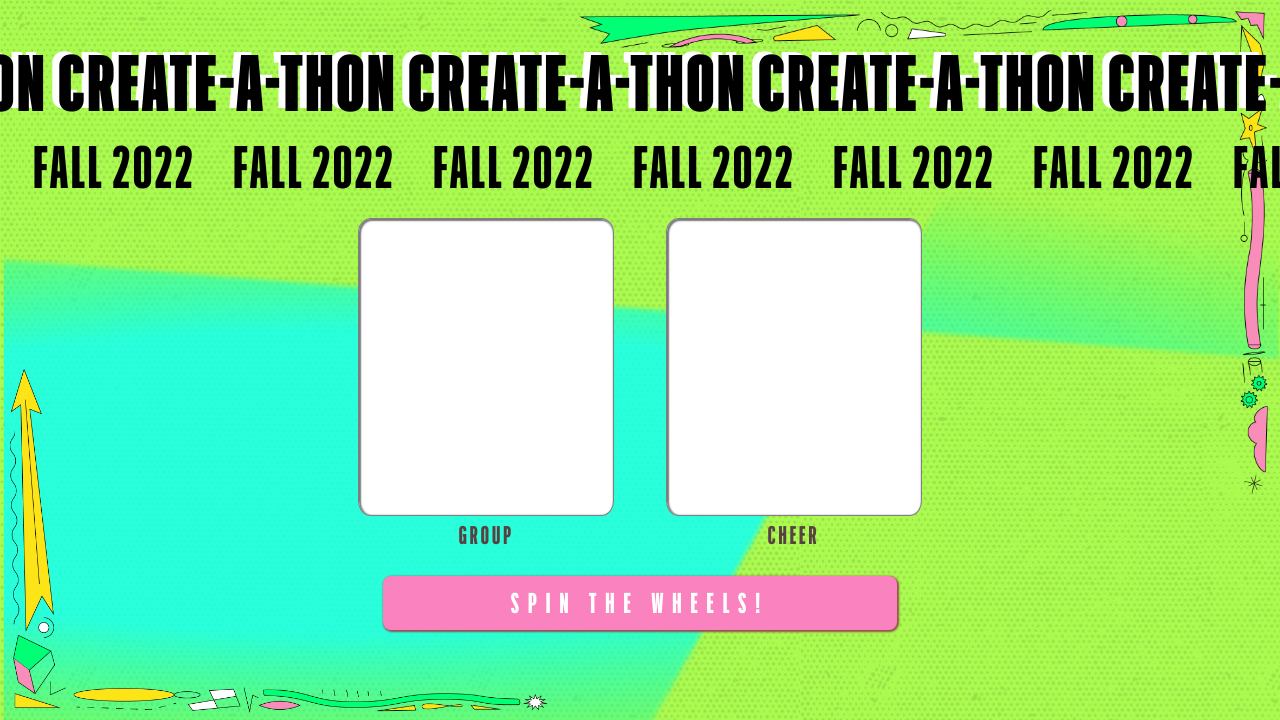
Repository: fakebrianho/IMA-Low-Res-Create-Athon-2022
Page: docs/presentation-order/index.html
An editor plug-in stored every save of this project. The page is shown before and after a run of saves, followed by the edit.
The browser window is 1280 px wide. The pictures show the whole page.

Above is the page before, as saved 2022-10-28 22:22:19.
Not found: docs/presentation-order/libraries/p5.dom.js
Not found: docs/presentation-order/libraries/p5.js
Not found: docs/presentation-order/libraries/p5.sound.js

### docs/presentation-order/index.html
<!DOCTYPE html>
<html>

<head>
  <script src="libraries/p5.js"></script>
  <script src="libraries/p5.dom.js"></script>
  <script src="libraries/p5.sound.js"></script>
  <link
    href="https://fonts.googleapis.com/css2?family=Open+Sans:ital,wght@0,300;0,400;0,600;0,700;0,800;1,300;1,400;1,600;1,700;1,800&display=swap"
    rel="stylesheet">
  <link rel="stylesheet" type="text/css" href="style.css">
  <meta charset="utf-8">
  <title>Create-Athon Presentation Order</title>
</head>

<body>
  <header>

  </header>

  <section>

    <div id="wheel-container">
      <div class="fakeHeader">
        <h1 style="opacity: 0"><span>Create-a-Thon</span></h1>
        <h2 style="opacity: 0"><span>Fall 2022</span></h2>
      </div>
      <div class="prompt" id="input-prompt">
        <div class="changing-segment">
          <div id="inputs">
          </div>
        </div>
        <div class="prompt-label" id="input-label">Group</div>
      </div>

      <div class="prompt" id="output-prompt">
        <div class="changing-segment">
          <div id="outputs">
          </div>
        </div>
        <div class="prompt-label" id="output-label">Cheer</div>
      </div>

    </div>

    <div id="button-container">
      <button> Spin the wheels! </button>
    </div>

  </section>

  <footer>

  </footer>
  <script src='gsap.min.js'></script>
  <script src='index.js'></script>
  <script src="sketch.js"></script>
  <script src="wheel.js"></script>

</body>

</html>

### docs/presentation-order/style.css
@font-face {
	src: url('font/BildVariableV3-VF.woff2') format('woff2-variations'),
		url('font/BildVariableV3-VF.woff') format('woff');
	font-family: 'Bild Variable V3 Web';
	font-weight: 700 900;
	font-style: normal;
}

html,
body {
	margin: 0;
	padding: 0;
	width: 100%;
	height: 100%;
	box-sizing: border-box;
	font-family: 'Open Sans', sans-serif;
	font-family: 'Bild Variable V3 Web';
	font-weight: 700;
	hyphens: true;
	font-synthesis: none;
	margin: 0;
	text-transform: uppercase;
	font-variation-settings: 'wdth' 100;
	letter-spacing: 3px;
}

section {
	width: 100%;
	height: 100%;
	position: absolute;
	background: url(image/bg_border-top.png), url(image/bg_border-bottom.png),
		url(image/bg_gradient.png), url(image/bg_texture.png), #aafa50;
	background-repeat: no-repeat, no-repeat, no-repeat, repeat;
	background-size: auto 70vh, auto 50vh, 100vw 120vh, 800px auto;
	background-position: right top, left 50vh, left 25vh, 0 0;
}

h1 {
	font-family: 'Bild Variable V3 Web';
	font-size: 80px;
	font-weight: 900;
	hyphens: true;
	font-synthesis: none;
	text-transform: uppercase;
	text-shadow: -7px -3px #ffffff;
	margin: 0;
	font-variation-settings: 'wdth' 60;
}

h2 {
	font-family: 'Bild Variable V3 Web';
	font-size: 60px;
	font-weight: 700;
	hyphens: true;
	font-synthesis: none;
	margin: 0;
	text-transform: uppercase;
	font-variation-settings: 'wdth' 100;
}

footer {
	position: fixed;
	bottom: 4vh;
	width: 100vw;
	text-align: center;
}

.fakeHeader {
	position: fixed;
	top: 35px;
	left: 0;
	overflow: hidden;
	width: 100%;
	font-size: 16px;
	font-weight: 800;
	z-index: 0;
}

.fakeHeader h1,
.fakeHeader h2 {
	display: flex;
}

h1 span,
h2 span {
	width: 350px;
	display: inline-block;
	flex: 0 0 auto;
	/* opacity: 0; */
}

h2 span {
	width: 200px;
}

p {
	position: relative;
	overflow: hidden;
	overflow-x: auto;
}

#wheel-container {
	display: flex;
	justify-content: center;
	margin-top: 15%;
	overflow: hidden;
}

.prompt {
	display: flex;
	flex-direction: column;
	width: 20%;
	padding: 2%;
	text-align: center;
	overflow: hidden;
}

.changing-segment {
	box-shadow: 1px 1px 1.5px 1px #777 inset;
	border-radius: 5%;
	border-style: groove;
	border-color: gray;
	border-width: 1px;
	position: relative;
	overflow: none;
	background-color: #fff;
	color: black;
	height: 17rem;
	padding: 1rem 0 0.5rem 0;
	font-size: 1.2rem;
	line-height: 1.55rem;
}

#inputs,
#outputs {
	padding: 5%;
}

.prompt-label {
	color: #594042;
	margin-top: 0.3rem;
	font-size: 1.6rem;
}

#button-container {
	margin-top: 0%;
	text-align: center;
}

button {
	background: #fa82be;
	cursor: pointer;
	box-shadow: 1px 1px 2px 1px rgb(148, 79, 79);
	color: white;
	border-width: 0px;
	border-radius: 0.5rem;
	padding: 0.8% 10% 0.8% 10%;
	font-size: 1.8rem;
	font-weight: 200;
	font-family: 'Open Sans', sans-serif;
	font-family: 'Bild Variable V3 Web';
	font-weight: 700;
	hyphens: true;
	font-synthesis: none;
	margin: 0;
	text-transform: uppercase;
	font-variation-settings: 'wdth' 100;
	letter-spacing: 9px;
}

/* background-image: url('image/bg.png');
background-size: 100% 100%; */

### docs/presentation-order/index.js
const carousels = document.querySelectorAll('.fakeHeader h1, .fakeHeader h2')
const fadeInTimeline = gsap.timeline()
fadeInTimeline
	.set(carousels, { opacity: 0 })
	.to(carousels, { opacity: 1, delay: 1, stagger: 1, duration: 2 })
carousels.forEach((carousel) => {
	const spanTag = carousel.querySelector('span')
	const spanWidth = spanTag.clientWidth
	for (let i = 0; i < 30; i++) {
		carousel.appendChild(spanTag.cloneNode(true))
	}
	const movementTimeline = gsap.timeline({
		repeat: -1,
	})
	movementTimeline
		.set(carousel, { x: 0 })
		.to(carousel, { x: spanWidth * -1, duration: 6, ease: 'linear' })
})

console.log('hello')

### docs/presentation-order/sketch.js
let spinButton
let data
let inputWheel, outputWheel
let clickSound, endSound, gameShow
let isSpinning = false
let resourcesAvailable = false

function preload() {
	data = loadJSON('data/generator.json')
	//sounds are public domain
	clickSound = loadSound('sound/faded_sine.mp3')
	endSound = loadSound('sound/Electronic_Chime-KevanGC-495939803.mp3')
	// maybe not this sound?
	gameShow = loadSound('sound/gameshow_short.mp3')
}

function windowResized() {
	resizeCanvas(windowWidth, windowHeight)
}

function setup() {
	frameRate(60)

	clickSound.setVolume(0.4)
	gameShow.setVolume(0.5)

	inputWheel = new Wheel('#inputs', data.input)
	outputWheel = new Wheel('#outputs', data.output)

	spinButton = select('button')
	spinButton.mouseClicked(startSpin)
}

function draw() {
	// workaround, see line 69
	if (inputWheel.spin) {
		inputWheel.move()
	}
	if (outputWheel.spin) {
		outputWheel.move()
	}

	if (isSpinning) {
		if (inputWheel.difference == 0 && outputWheel.difference == 0) {
			endSound.play()
			setTimeout(() => {
				gameShow.play()
			}, 100)
			isSpinning = false
		}
	}
}

function startSpin(
	clickEvent,
	targetInput = floor(random(data.input.length)),
	targetOutput = floor(random(data.output.length))
) {
	isSpinning = true

	// inputWheel.target = targetInput // not the target that displays!!
	// inputWheel.spin = true
	inputWheel.update(targetInput)
	// inputWheel.resetAriaHidden();

	outputWheel.target = targetOutput
	outputWheel.spin = true
	outputWheel.resetAriaHidden()

	// console.log(
	//   'make a something where the input is ' +
	//     data.input[targetInput] +
	//     ' and an output is ' +
	//     data.output[targetOutput]
	// );

	// remove data from array here
	console.log(targetInput)
	// console.log(data.input[targetInput])
	data.input.splice(targetInput, 1)
	console.log(data.input)
}

### docs/presentation-order/wheel.js
class Wheel {
	constructor(parentID, data, count = 5, startIndex = 0) {
		this.count = count
		this.data = data
		this.numOfCycles = Math.floor(random(2, 4))
		this.startIndex = startIndex
		this.currentIndex =
			this.startIndex - this.data.length * this.numOfCycles
		this.parentID = parentID
		this.elements = []
		this.position = []
		this.target = startIndex
		this.speed = 5
		this.difference = 0

		for (let i = 0; i < this.count; i++) {
			this.elements[i] = createP(
				this.data[
					(this.startIndex + i - floor(this.count / 2)) %
						this.data.length
				]
			)
			this.elements[i].parent(this.parentID)
			this.elements[i].attribute('aria-hidden', true)
			this.elements[i].style(
				'color',
				rgbToHex(int(random(120)), int(random(120)), int(random(120)))
			)
			this.position[i] = this.elements[i].position()
			if (i == floor(this.count / 2)) {
				this.elements[i].attribute('aria-hidden', false)
			} else {
				this.elements[i].style('visibility', 'hidden')
			}
		}
		// this feels hacky?
		this.startTop = this.position[0].y
		this.currTop = parseInt(this.elements[0].style('top'))
		this.distanceBetweenElements = this.position[1].y - this.position[0].y

		this.spin = false
	}

	resetAriaHidden() {
		for (let i = 0; i < this.count; i++) {
			this.elements[i].attribute('aria-hidden', true)
			this.elements[i].style('visibility', 'visible')
		}
	}

	// continuing the hack workaround
	update(target) {
		console.log(data.input[target])
		let inputWheel = document.getElementById('inputs')
		inputWheel.innerHTML = data.input[target]
		inputWheel.style.position = 'relative'
		inputWheel.style.top = '45%'
		this.spin = false
	}

	move() {
		this.currTop -= this.speed
		// console.log(this.target);
		// console.log(this.currentIndex);
		this.difference = int(this.target) - int(this.currentIndex)
		this.speed =
			(60 *
				abs(
					this.difference % (this.data.length * this.numOfCycles * 2)
				)) /
			(this.data.length * this.numOfCycles * 2)

		// console.log(this.data[this.target],this.target, this.currentIndex, this.difference, (this.data.length*this.numOfCycles), this.speed);

		if (this.currTop < -this.distanceBetweenElements / 2) {
			clickSound.play()
			this.currentIndex++
			this.startIndex =
				this.currentIndex + this.data.length * this.numOfCycles
			this.startIndex %= this.data.length
			this.elements[0].remove()
			this.currTop = 0
			this.elements.splice(0, 1)
			this.elements.push(
				createP(
					this.data[
						(this.data.length +
							this.startIndex +
							floor(this.count / 2)) %
							this.data.length
					]
				)
			)

			this.elements[this.elements.length - 1].parent(this.parentID)
			this.elements[this.elements.length - 1].attribute(
				'aria-hidden',
				true
			)
			this.elements[this.elements.length - 1].style(
				'color',
				rgbToHex(int(random(120)), int(random(120)), int(random(120)))
			)
		}
		for (let i = 0; i < this.elements.length; i++) {
			this.elements[i].style('top', this.currTop + 'px')
		}
		if (this.difference == 0) {
			this.spin = false

			console.log(this.data)

			this.numOfCycles = floor(random(2, 4))
			this.currentIndex =
				this.startIndex - this.data.length * this.numOfCycles
			for (let i = 0; i < this.elements.length; i++) {
				if (i == floor(this.elements.length / 2)) {
					this.elements[i].attribute('aria-hidden', false)
					this.elements[i].addClass('wrap')
				} else {
					this.elements[i].style('visibility', 'hidden')
				}
			}
		}
	}
}

function componentToHex(c) {
	var hex = c.toString(16)
	return hex.length == 1 ? '0' + hex : hex
}

function rgbToHex(r, g, b) {
	return '#' + componentToHex(r) + componentToHex(g) + componentToHex(b)
}

Loaded but not shown: docs/presentation-order/gsap.min.js (library)

After the next 2 saves:
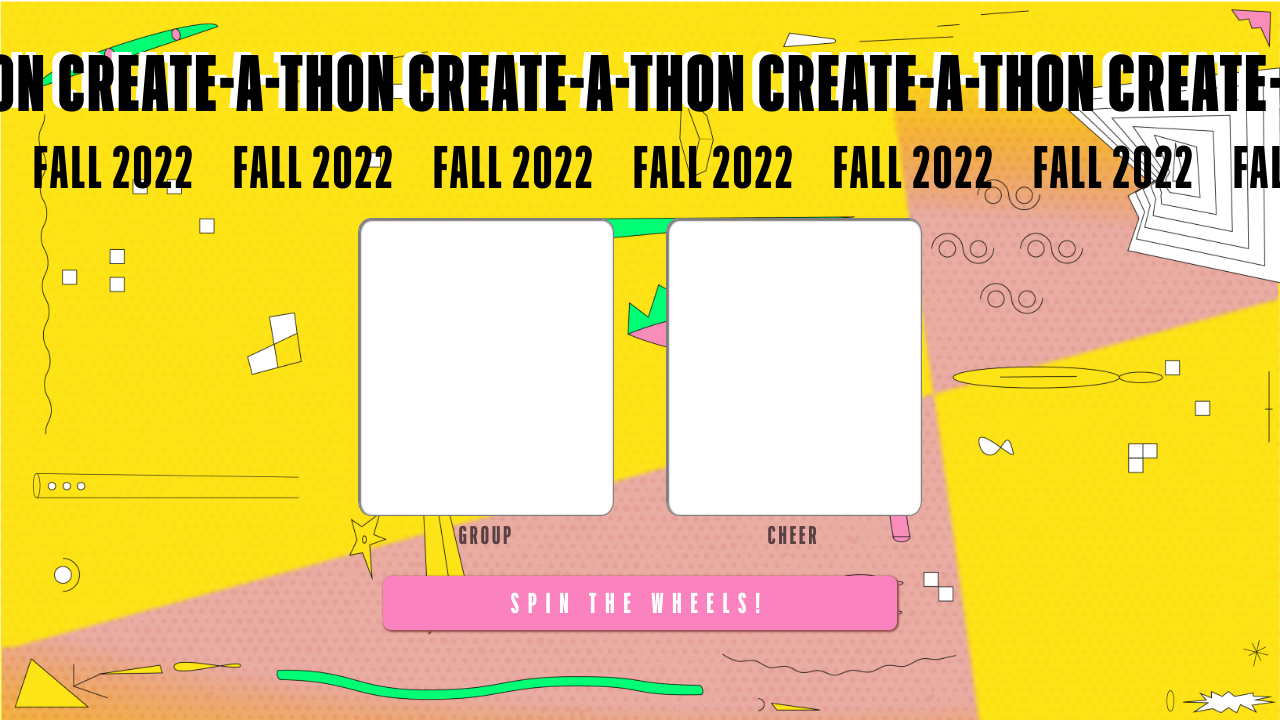
The 2 saves are shown as one change because they came seconds apart.
The last was saved 16 s later.
--- a/docs/presentation-order/style.css
+++ b/docs/presentation-order/style.css
@@ -28,11 +28,13 @@
 	width: 100%;
 	height: 100%;
 	position: absolute;
-	background: url(image/bg_border-top.png), url(image/bg_border-bottom.png),
+	/* background: url(image/bg_border-top.png), url(image/bg_border-bottom.png),
 		url(image/bg_gradient.png), url(image/bg_texture.png), #aafa50;
 	background-repeat: no-repeat, no-repeat, no-repeat, repeat;
 	background-size: auto 70vh, auto 50vh, 100vw 120vh, 800px auto;
-	background-position: right top, left 50vh, left 25vh, 0 0;
+	background-position: right top, left 50vh, left 25vh, 0 0; */
+	background-image: url('image/bg.png');
+	background-size: 100% 100%;
 }
 
 h1 {
@@ -167,6 +169,3 @@
 	font-variation-settings: 'wdth' 100;
 	letter-spacing: 9px;
 }
-
-/* background-image: url('image/bg.png');
-background-size: 100% 100%; */
